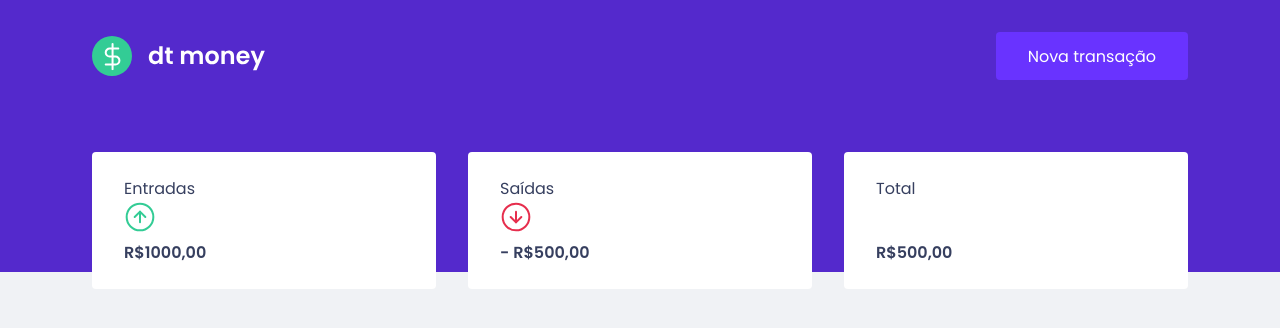
Repository: victoriandujar/ignite-dtmoney
Page: /
The author's editor kept a copy of each file at every save. The page is drawn from the files as they stood at one save, then again after the next save.
The browser window is 1280 px wide. The pictures show the whole page.
The project was rebuilt for these pictures with package versions that can differ from the ones it lists, and the page was loaded fresh each time.

Above is the page before, as saved 2021-03-22 18:45:12.

After the next save:
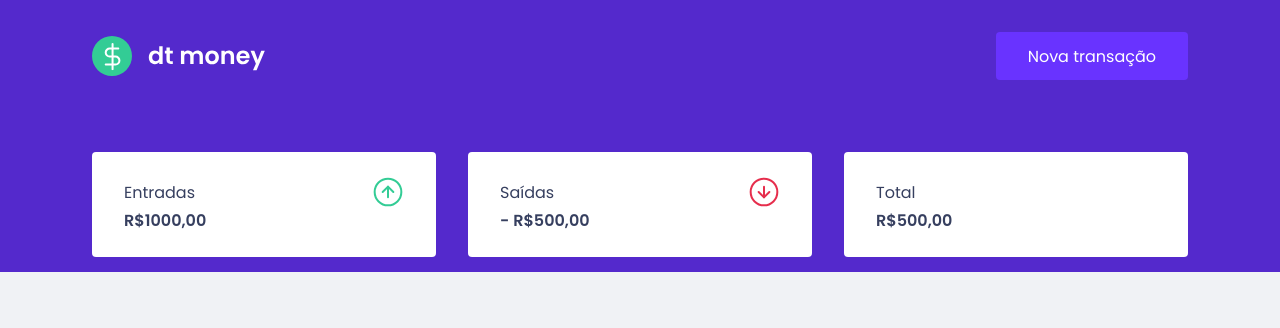
Saved 26 s later.
--- a/src/components/Summary/styles.ts
+++ b/src/components/Summary/styles.ts
@@ -11,5 +11,11 @@
       padding: 1.5rem 2rem;
       border-radius: 0.25rem;
       color: var(--text-title);
+
+      header {
+          display: flex;
+          align-items: center;
+          justify-content: space-between;
+      }
   }
 `;
